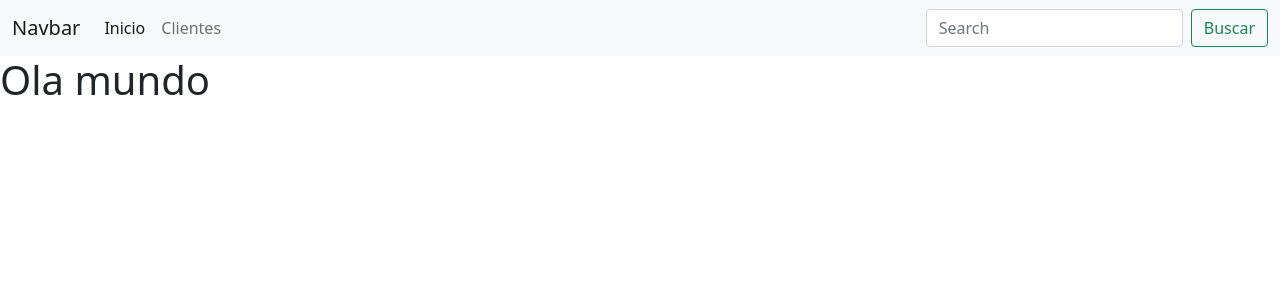
Repository: GabrielAzevedo99/back-end
Page: java-crud/src/main/webapp/index.html
An editor plug-in stored every save of this project. The page is shown before and after the next save, followed by the edit.
The browser window is 1280 px wide. The pictures show the whole page.

Above is the page before, as saved 2022-02-05 00:19:42.

### java-crud/src/main/webapp/index.html
<!DOCTYPEhtml>
<html>

<meta charset="ISO-8859-1">
<title> PROJETO CRUD COM JAVA </title>
<!-- CSS only -->
<link href="https://cdn.jsdelivr.net/npm/bootstrap@5.1.3/dist/css/bootstrap.min.css" rel="stylesheet" integrity="sha384-1BmE4kWBq78iYhFldvKuhfTAU6auU8tT94WrHftjDbrCEXSU1oBoqyl2QvZ6jIW3" crossorigin="anonymous">
</head>
<body>
<nav class="navbar navbar-expand-lg navbar-light bg-light">
  <div class="container-fluid">
    <a class="navbar-brand" href="#">Navbar</a>
    <button class="navbar-toggler" type="button" data-bs-toggle="collapse" data-bs-target="#navbarSupportedContent" aria-controls="navbarSupportedContent" aria-expanded="false" aria-label="Toggle navigation">
      <span class="navbar-toggler-icon"></span>
    </button>
    <div class="collapse navbar-collapse" id="navbarSupportedContent">
      <ul class="navbar-nav me-auto mb-2 mb-lg-0">
        <li class="nav-item">
          <a class="nav-link active" aria-current="page" href="index.html">Inicio</a>
        </li>
        <li class="nav-item">
          <a class="nav-link" href="#">Clientes</a>
        </li>


      </ul>
      <form class="d-flex">
        <input class="form-control me-2" type="search" placeholder="Search" aria-label="Search">
        <button class="btn btn-outline-success" type="submit">Buscar</button>
      </form>
    </div>
  </div>
</nav>
<!-- JavaScript Bundle with Popper -->
<script src="https://cdn.jsdelivr.net/npm/bootstrap@5.1.3/dist/js/bootstrap.bundle.min.js" integrity="sha384-ka7Sk0Gln4gmtz2MlQnikT1wXgYsOg+OMhuP+IlRH9sENBO0LRn5q+8nbTov4+1p" crossorigin="anonymous"></script>
<h1>Ola mundo</h1>
</body>
</html >

After the next save:
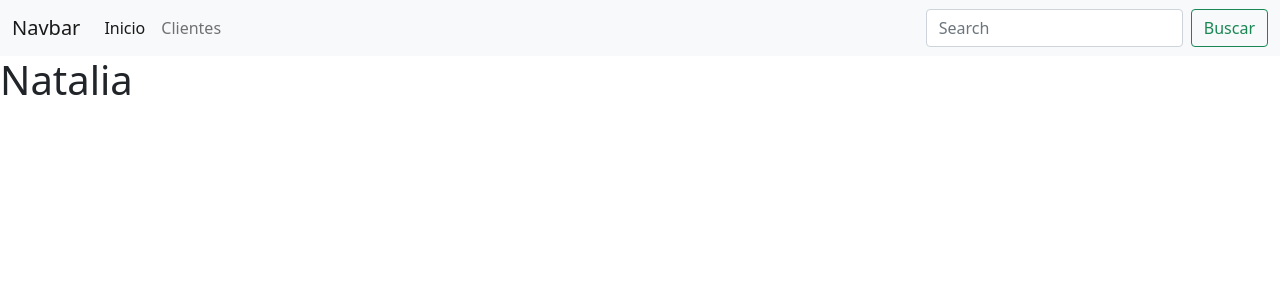
Saved 59 s later.
--- a/java-crud/src/main/webapp/index.html
+++ b/java-crud/src/main/webapp/index.html
@@ -33,6 +33,6 @@
 </nav>
 <!-- JavaScript Bundle with Popper -->
 <script src="https://cdn.jsdelivr.net/npm/bootstrap@5.1.3/dist/js/bootstrap.bundle.min.js" integrity="sha384-ka7Sk0Gln4gmtz2MlQnikT1wXgYsOg+OMhuP+IlRH9sENBO0LRn5q+8nbTov4+1p" crossorigin="anonymous"></script>
-<h1>Ola mundo</h1>
+<h1>Natalia</h1>
 </body>
 </html >
